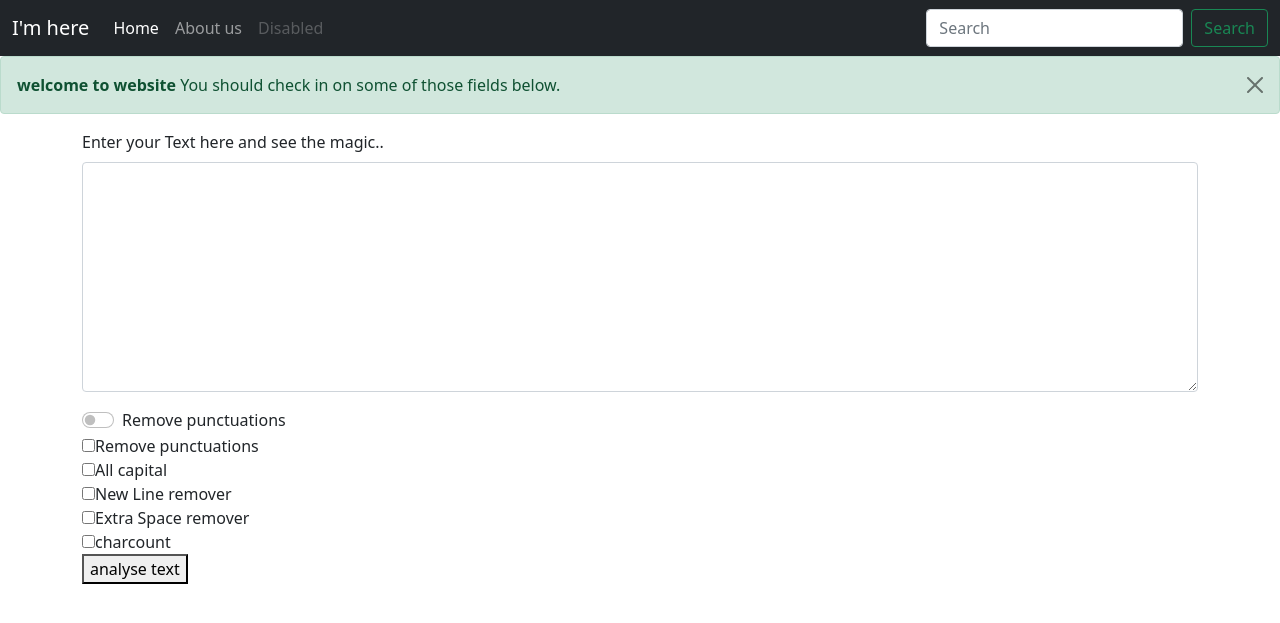
Repository: ritikalohia/Django-beginners-
Page: textutiles/templates/index.html
An editor plug-in stored every save of this project. The page is shown before and after the next save, followed by the edit.
The browser window is 1280 px wide. The pictures show the whole page.

Above is the page before, as saved 2021-05-22 20:06:17.

After the next save:
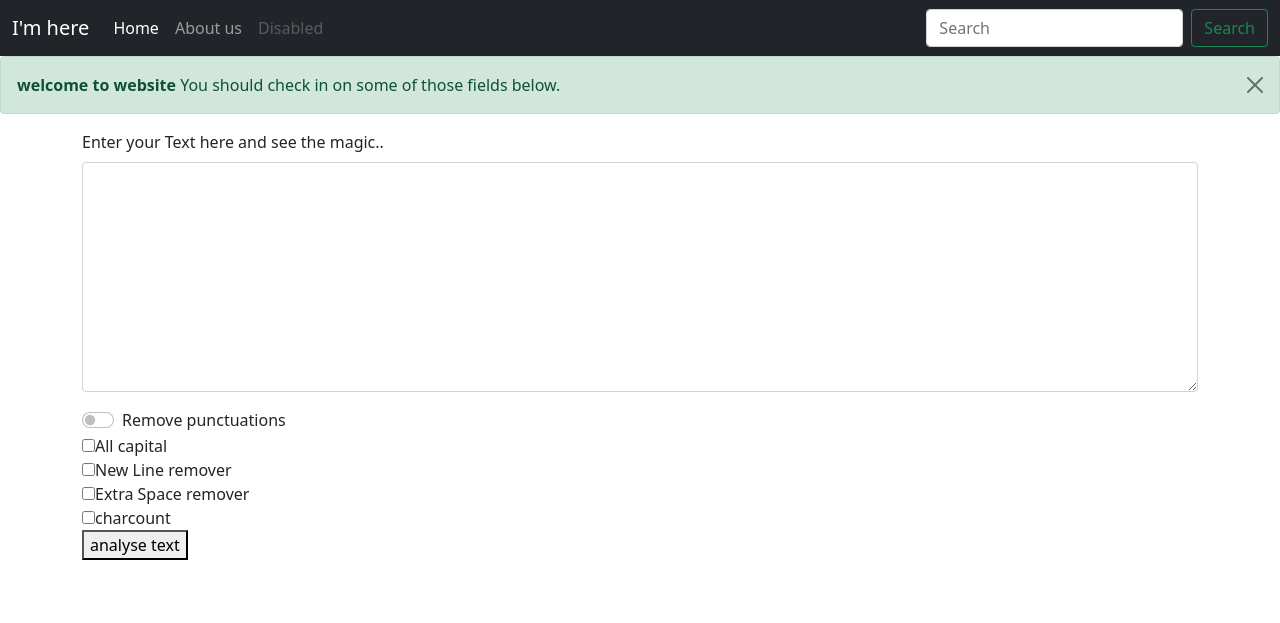
Saved 26 s later.
--- a/textutiles/templates/index.html
+++ b/textutiles/templates/index.html
@@ -54,7 +54,6 @@
         <label class="form-check-label" for="flexSwitchCheckDefault">Remove punctuations</label>
         </div>
 
-        <input type="checkbox" name="removepunc">Remove punctuations<br>
         <input type="checkbox" name="fullcaps">All capital<br>
         <input type="checkbox" name="newlineremover">New Line remover<br>
         <input type="checkbox" name="spaceremover">Extra Space remover<br>
